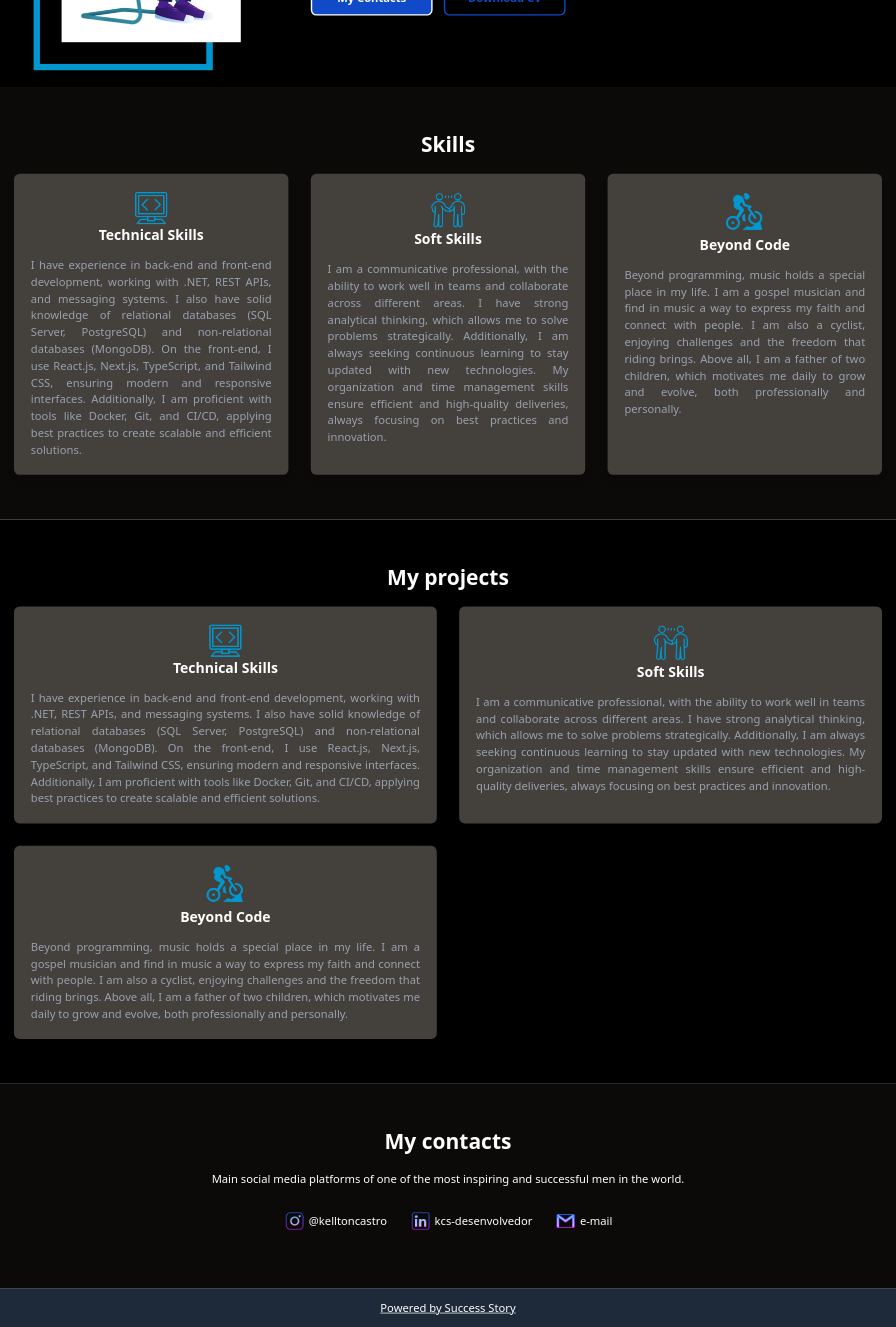
Repository: kcsdesenvolvedor/portfolio
Page: src/index.html
These files come from the project's save history. The page is drawn as it stood at one moment and after the next save; the edit follows.
The browser window is 1280 px wide. The pictures show the part of the page from y = 846 to 2766 px (the page is 2742 px tall before and 2766 px after), at 70% of full size.

Above is the page before, as saved 2025-02-22 10:22:51.
Console error: TypeError: Cannot read properties of null (reading 'textContent')

### src/index.html
<!DOCTYPE html>
<html lang="en">
<head>
    <meta charset="UTF-8">
    <meta name="viewport" content="width=device-width, initial-scale=1.0">
    <link rel="icon" href="./img/favicon.png" type="image/x-icon">
    <link href="./output.css" rel="stylesheet">
    <title>Mansour-Page</title>
    <style>
        .typing-container {
        font-family: 'Courier New', monospace;
        font-size: 24px;
        color: #333;
        white-space: nowrap;
        overflow: hidden;
        border-right: 2px solid black;
        display: inline-block;
        animation: blink-caret 0.7s step-end infinite;
        }

        #typing-text {
            height: 40px;
        }

        @keyframes blink-caret {
        from, to {
            border-color: transparent;
        }
        50% {
            border-color: black;
        }
        }


        @keyframes fadeIn {
            from {
                opacity: 0;
                transform: translateY(20px);
            }
            to {
                opacity: 1;
                transform: translateY(0);
            }
        }

        .fade-in {
            animation: fadeIn 1s ease-in-out;
        }
    </style>
</head>
<body class="bg-gray-100 font-sans">
    <header>
        <nav class="fixed top-0 z-50 w-full px-4 py-4 flex justify-between items-center bg-stone-950">
            <a class="text-3xl font-bold leading-none" href="#">
                <img class="w-16" src="./img/logo.png" alt="">
            </a>
            <div class="lg:hidden">
                <button class="navbar-burger flex items-center text-blue-600 p-3">
                    <svg class="block h-4 w-4 fill-current" viewBox="0 0 20 20" xmlns="http://www.w3.org/2000/svg">
                        <title>Mobile menu</title>
                        <path d="M0 3h20v2H0V3zm0 6h20v2H0V9zm0 6h20v2H0v-2z"></path>
                    </svg>
                </button>
            </div>
            <ul class="hidden absolute top-1/2 left-1/2 transform -translate-y-1/2 -translate-x-1/2 lg:mx-auto lg:flex lg:items-center lg:w-auto lg:space-x-20">
                <li><a class="text-sm text-blue-600/80 dark:text-sky-400/80 hover:text-white" href="#home">Home</a></li>
                <li><a class="text-sm text-blue-600/80 dark:text-sky-400/80 hover:text-white" href="#about">About Me</a></li>
                <li><a class="text-sm text-blue-600/80 dark:text-sky-400/80 hover:text-white" href="#achievements">Achievements</a></li>
                <li><a class="text-sm text-blue-600/80 dark:text-sky-400/80 hover:text-white" href="#contact">My Contacts</a></li>
            </ul>
        </nav>
        <div class="navbar-menu fixed top-0 z-50 w-full hidden">
            <div class="navbar-backdrop fixed inset-0 bg-gray-800 opacity-25"></div>
            <nav class="fixed top-0 left-0 bottom-0 flex flex-col w-5/6 max-w-sm py-6 px-6 bg-white border-r overflow-y-auto">
                <div class="flex items-center mb-8">
                    <a class="mr-auto text-3xl font-bold leading-none" href="#">
                        <img class="w-16" src="./img/logo.png" alt="">
                    </a>
                    <button class="navbar-close">
                        <svg class="h-6 w-6 text-gray-400 cursor-pointer hover:text-gray-500" xmlns="http://www.w3.org/2000/svg" fill="none" viewBox="0 0 24 24" stroke="currentColor">
                            <path stroke-linecap="round" stroke-linejoin="round" stroke-width="2" d="M6 18L18 6M6 6l12 12"></path>
                        </svg>
                    </button>
                </div>
                <div>
                    <ul>
                        <li class="mb-1">
                            <a class="navbar-itemMenu block p-4 text-sm font-semibold text-gray-400 hover:bg-blue-50 hover:text-blue-600 rounded" href="#home">Home</a>
                        </li>
                        <li class="mb-1">
                            <a class="navbar-itemMenu block p-4 text-sm font-semibold text-gray-400 hover:bg-blue-50 hover:text-blue-600 rounded" href="#about">About Me</a>
                        </li>
                        <li class="mb-1">
                            <a class="navbar-itemMenu block p-4 text-sm font-semibold text-gray-400 hover:bg-blue-50 hover:text-blue-600 rounded" href="#achievements">Achievements</a>
                        </li>
                        <li class="mb-1">
                            <a class="navbar-itemMenu block p-4 text-sm font-semibold text-gray-400 hover:bg-blue-50 hover:text-blue-600 rounded" href="#contact">My Contacts</a>
                        </li>
                        <li>
                            <div class="border-t-2">
                                <a class="navbar-itemMenu block p-4 text-sm font-semibold text-gray-400 hover:bg-blue-50 hover:text-blue-600 rounded" href="https://kcode2025.github.io/sucess-history" target="_blank">Success Story</a>
                            </div>
                        </li>
                    </ul>
                </div>
                <div class="mt-auto">

                    <a href="https://kcode2025.github.io/sucess-history" target="_blank">
                        <p class="my-4 text-xs text-center text-gray-400">
                            Powered by Success Story
                        </p>
                    </a>
                </div>
            </nav>
        </div>
    </header>


    <!-- Home Section -->
    <section id="home" class="flex flex-col-reverse lg:flex-row lg:justify-around justify-between bg-stone-950 text-white text-center pt-20 lg:pb-0 pb-5 px-10 fade-in">
        <!-- Div do texto -->
        <div class="self-center w-full flex items-center justify-center">
            <div class="flex flex-col lg:w-2/4"> <!-- Ajuste essa div para ocupar 100% da largura -->
                <p class="text-md text-left">
                    Hello!
                </p>
                <p class="text-3xl text-blue-600/80 dark:text-sky-400/80 text-left font-semibold">
                    I´m Kellton Castro
                </p>
                <p class="text-lg text-gray-400 text-left font-semibold mb-2">
                    Freelance developer & Web Designer
                </p>
                <p class="text-xs text-gray-400 text-left font-semibold mb-8">
                    Welcome to my portfolio! Here you will find some of the projects I have developed throughout my journey as a developer and freelancer.
                </p>
                <a href="#contact" class="bg-blue-600/80 dark:bg-sky-400/80 text-white font-bold w-2/4 py-3 px-6 border-2 rounded-lg shadow-lg hover:bg-black hover:text-blue-600/80 hover:dark:text-sky-400/80 hover:border-blue-600/80 hover:dark:border-sky-400/80 hover:border-2 transition delay-150 duration-300 ease-in-out">
                    My Contacts
                </a>
            </div>
        </div>

        <!-- Div da imagem -->
        <div class="flex justify-center lg:justify-end lg:w-2/4">
            <img class="min-w-2/4 object-contain" src="./img/perfil-portfolio2.png">
        </div>
    </section>

    <!-- Sobre -->
    <section id="about" class="flex flex-col lg:flex-row items-center justify-center space-y-10 lg:space-y-0 lg:space-x-20 py-16 bg-black border-r-gray-900 fade-in">
        <div class="relative flex justify-center">
            <!-- Moldura (posição de fundo) -->
            <img src="./img/moldura.png" class="w-3xs h-3xs absolute -left-5 top-5 lg:-left-10 lg:top-10" alt="moldura do perfil">

            <!-- Imagem de perfil (fica por cima) -->
            <img src="./img/perfil-portfolio1.png" class="w-3xs h-3xs relative z-10" alt="meu perfil">
        </div>
        <div class="px-5 w-full lg:w-3xl text-center lg:text-left">
            <h3 class="text-3xl text-white font-bold mb-2">About me</h3>
            <div class="w-20 h-0.5 bg-blue-600/80 dark:bg-sky-400/80 mb-3 mx-auto lg:mx-0"></div>
            <p class="text-gray-400 text-left w-full mb-8">
                I am a developer with 4 years of experience, working both in the corporate market and as a freelancer. Graduated in Systems Analysis and Development, I have experience in back-end and front-end development, contributing to the creation of efficient and scalable solutions. My approach involves continuous learning, always striving to keep up with new technologies and industry trends. I have a strong commitment to code quality, usability, and performance, ensuring that each delivered project adds value and innovation.
            </p>
            <div class="flex flex-col lg:flex-row w-full lg:w-2/4 gap-4">
                <a href="#contact" class="bg-blue-600/80 dark:bg-sky-400/80 text-center text-white font-bold w-full lg:w-2/4 py-3 px-6 border-2 rounded-lg shadow-lg hover:bg-black hover:text-blue-600/80 hover:dark:text-sky-400/80 hover:border-blue-600/80 hover:dark:border-sky-400/80 hover:border-2 transition delay-150 duration-300 ease-in-out">
                    My Contacts
                </a>
                <a href="#contact" class="bg-black text-center border-blue-600/80 dark:border-sky-400/80 text-blue-600/80 dark:text-sky-400/80 font-bold w-full lg:w-2/4 py-3 px-6 border-2 rounded-lg shadow-lg hover:text-white hover:border-white hover:border-2 transition delay-150 duration-300 ease-in-out">
                    Download CV
                </a>
            </div>
        </div>
    </section>



    <!-- Skills -->
    <section id="achievements" class="py-16 bg-stone-950 fade-in">
        <div class="container mx-auto text-center">
            <h3 class="text-3xl text-white font-bold mb-6">Skills</h3>
            <div class="px-5 grid grid-cols-1 md:grid-cols-3 gap-8">
                <div class="flex flex-col items-center bg-stone-700 p-6 rounded-lg shadow-lg transition delay-150 duration-300 transform hover:scale-105 hover:shadow-xl">
                    <img src="./img/hard-skills.png" alt="image hard skills">
                    <h4 class="text-xl text-white font-bold mb-4">Technical Skills</h4>
                    <p class="text-gray-400 text-justify">I have experience in back-end and front-end development, working with .NET, REST APIs, and messaging systems. I also have solid knowledge of relational databases (SQL Server, PostgreSQL) and non-relational databases (MongoDB). On the front-end, I use React.js, Next.js, TypeScript, and Tailwind CSS, ensuring modern and responsive interfaces. Additionally, I am proficient with tools like Docker, Git, and CI/CD, applying best practices to create scalable and efficient solutions.</p>
                </div>
                <div class="flex flex-col items-center bg-stone-700 p-6 rounded-lg shadow-lg transition delay-150 duration-300 transform hover:scale-105 hover:shadow-xl">
                    <img src="./img/soft-skills.png" class="h-14" alt="image soft skills">
                    <h4 class="text-xl text-white font-bold mb-4">Soft Skills</h4>
                    <p class="text-gray-400 text-justify">I am a communicative professional, with the ability to work well in teams and collaborate across different areas. I have strong analytical thinking, which allows me to solve problems strategically. Additionally, I am always seeking continuous learning to stay updated with new technologies. My organization and time management skills ensure efficient and high-quality deliveries, always focusing on best practices and innovation.</p>
                </div>
                <div class="flex flex-col items-center bg-stone-700 p-6 rounded-lg shadow-lg transition delay-150 duration-300 transform hover:scale-105 hover:shadow-xl">
                    <img src="./img/beyond-code.png" alt="imagem de beyond code">
                    <h4 class="text-xl text-white font-bold mb-4">Beyond Code</h4>
                    <p class="text-gray-400 text-justify">Beyond programming, music holds a special place in my life. I am a gospel musician and find in music a way to express my faith and connect with people. I am also a cyclist, enjoying challenges and the freedom that riding brings. Above all, I am a father of two children, which motivates me daily to grow and evolve, both professionally and personally.</p>
                </div>
            </div>
        </div>
    </section>

    <!-- Projetos -->
    <section id="achievements" class="py-16 bg-black fade-in">
        <div class="container mx-auto text-center">
            <h3 class="text-3xl text-white font-bold mb-6">My projects</h3>
            <div class="px-5 grid grid-cols-1 md:grid-cols-2 gap-8">
                <div class="flex flex-col items-center bg-stone-700 p-6 rounded-lg shadow-lg">
                    <img src="./img/hard-skills.png" alt="image hard skills">
                    <h4 class="text-xl text-white font-bold mb-4">Technical Skills</h4>
                    <p class="text-gray-400 text-justify">I have experience in back-end and front-end development, working with .NET, REST APIs, and messaging systems. I also have solid knowledge of relational databases (SQL Server, PostgreSQL) and non-relational databases (MongoDB). On the front-end, I use React.js, Next.js, TypeScript, and Tailwind CSS, ensuring modern and responsive interfaces. Additionally, I am proficient with tools like Docker, Git, and CI/CD, applying best practices to create scalable and efficient solutions.</p>
                </div>
                <div class="flex flex-col items-center bg-stone-700 p-6 rounded-lg shadow-lg">
                    <img src="./img/soft-skills.png" class="h-14" alt="image soft skills">
                    <h4 class="text-xl text-white font-bold mb-4">Soft Skills</h4>
                    <p class="text-gray-400 text-justify">I am a communicative professional, with the ability to work well in teams and collaborate across different areas. I have strong analytical thinking, which allows me to solve problems strategically. Additionally, I am always seeking continuous learning to stay updated with new technologies. My organization and time management skills ensure efficient and high-quality deliveries, always focusing on best practices and innovation.</p>
                </div>
                <div class="flex flex-col items-center bg-stone-700 p-6 rounded-lg shadow-lg">
                    <img src="./img/beyond-code.png" alt="imagem de beyond code">
                    <h4 class="text-xl text-white font-bold mb-4">Beyond Code</h4>
                    <p class="text-gray-400 text-justify">Beyond programming, music holds a special place in my life. I am a gospel musician and find in music a way to express my faith and connect with people. I am also a cyclist, enjoying challenges and the freedom that riding brings. Above all, I am a father of two children, which motivates me daily to grow and evolve, both professionally and personally.</p>
                </div>
            </div>
        </div>
    </section>

    <!-- Contato -->
    <section id="contact" class="py-16 bg-stone-950 text-white text-center fade-in">
        <div class="container mx-auto px-2">
            <h3 class="text-3xl font-bold mb-6">My contacts</h3>
            <p class="mb-8">Main social media platforms of one of the most inspiring and successful men in the world.</p>
            <form class="max-w-lg mx-auto">
                <div class="flex flex-col justify-center lg:flex-row mb-4 gap-8">
                    <a href="https://www.cityfootballgroup.com/" target="_blank">
                        <div class="flex gap-1 items-center">
                            <img class="h-8 w-8" src="./img/instagram.png" alt="imagem do instagram">
                            <p class="text-1xl">@kelltoncastro</p>
                        </div>
                    </a>
                    <a href="https://x.com/HHmansour" target="_blank">
                        <div class="flex gap-1 items-center">
                            <img class="h-8 w-8" src="./img/linkedin.png" alt="imagem do linkedin">
                            <p class="text-1xl">kcs-desenvolvedor</p>
                        </div>
                    </a>
                    <a href="https://x.com/HHmansour" target="_blank">
                        <div class="flex gap-1 items-center">
                            <img class="h-8 w-8" src="./img/gmail.png" alt="imagem do gmail">
                            <p class="text-1xl">e-mail</p>
                        </div>
                    </a>
                </div>
            </form>
        </div>
    </section>

    <!-- Footer -->
    <footer class="bg-gray-800 text-white text-center py-4">
        <a class="cursor-pointer" href="https://kcode2025.github.io/sucess-history" target="_blank"><p class="underline">Powered by Success Story</p></a>
    </footer>

    <!-- Script -->
    <script>
        // Burger menus
        document.addEventListener('DOMContentLoaded', function() {
            // open
            const burger = document.querySelectorAll('.navbar-burger');
            const menu = document.querySelectorAll('.navbar-menu');

            if (burger.length && menu.length) {
                for (var i = 0; i < burger.length; i++) {
                    burger[i].addEventListener('click', function() {
                        for (var j = 0; j < menu.length; j++) {
                            menu[j].classList.toggle('hidden');
                        }
                    });
                }
            }

            // close
            const close = document.querySelectorAll('.navbar-close');
            const backdrop = document.querySelectorAll('.navbar-backdrop');
            const itemMenu = document.querySelectorAll('.navbar-itemMenu');

            if (close.length) {
                for (var i = 0; i < close.length; i++) {
                    close[i].addEventListener('click', function() {
                        for (var j = 0; j < menu.length; j++) {
                            menu[j].classList.toggle('hidden');
                        }
                    });
                }
            }

            if (backdrop.length) {
                for (var i = 0; i < backdrop.length; i++) {
                    backdrop[i].addEventListener('click', function() {
                        for (var j = 0; j < menu.length; j++) {
                            menu[j].classList.toggle('hidden');
                        }
                    });
                }
            }

            if (itemMenu.length) {
                for (var i = 0; i < itemMenu.length; i++) {
                    itemMenu[i].addEventListener('click', function() {
                        for (var j = 0; j < menu.length; j++) {
                            menu[j].classList.toggle('hidden');
                        }
                    });
                }
            }
        });

        // animação de digitação

        const texts = [
        "Visionary Leader",
        "Sports Enthusiast",
        "City Football Group Owner",
        "Innovative Investor",
        "Philanthropist",
        "Economic Pioneer",
        "Influential Figure",
        "Strategic Thinker",
        "Cultural Advocate",
        "Inspiring Icon"
        ];

        let currentTextIndex = 0;
        let charIndex = 0;
        const typingSpeed = 100; // Velocidade de digitação (ms por caractere)
        const erasingSpeed = 50; // Velocidade de apagar
        const delayBetweenTexts = 2000; // Tempo antes de trocar para o próximo texto

        const typingElement = document.getElementById("typing-text");

        function typeText() {
        if (charIndex < texts[currentTextIndex].length) {
            typingElement.textContent += texts[currentTextIndex].charAt(charIndex);
            charIndex++;
            setTimeout(typeText, typingSpeed);
        } else {
            setTimeout(eraseText, delayBetweenTexts);
        }
        }

        function eraseText() {
        if (charIndex > 0) {
            typingElement.textContent = texts[currentTextIndex].substring(0, charIndex - 1);
            charIndex--;
            setTimeout(eraseText, erasingSpeed);
        } else {
            currentTextIndex = (currentTextIndex + 1) % texts.length;
            setTimeout(typeText, typingSpeed);
        }
        }

        // Começar a animação
        document.addEventListener("DOMContentLoaded", () => {
        setTimeout(typeText, delayBetweenTexts);
        });

        </script>
</body>
</html>

Loaded but not shown: src/output.css (3548 lines, source omitted)

After the next save:
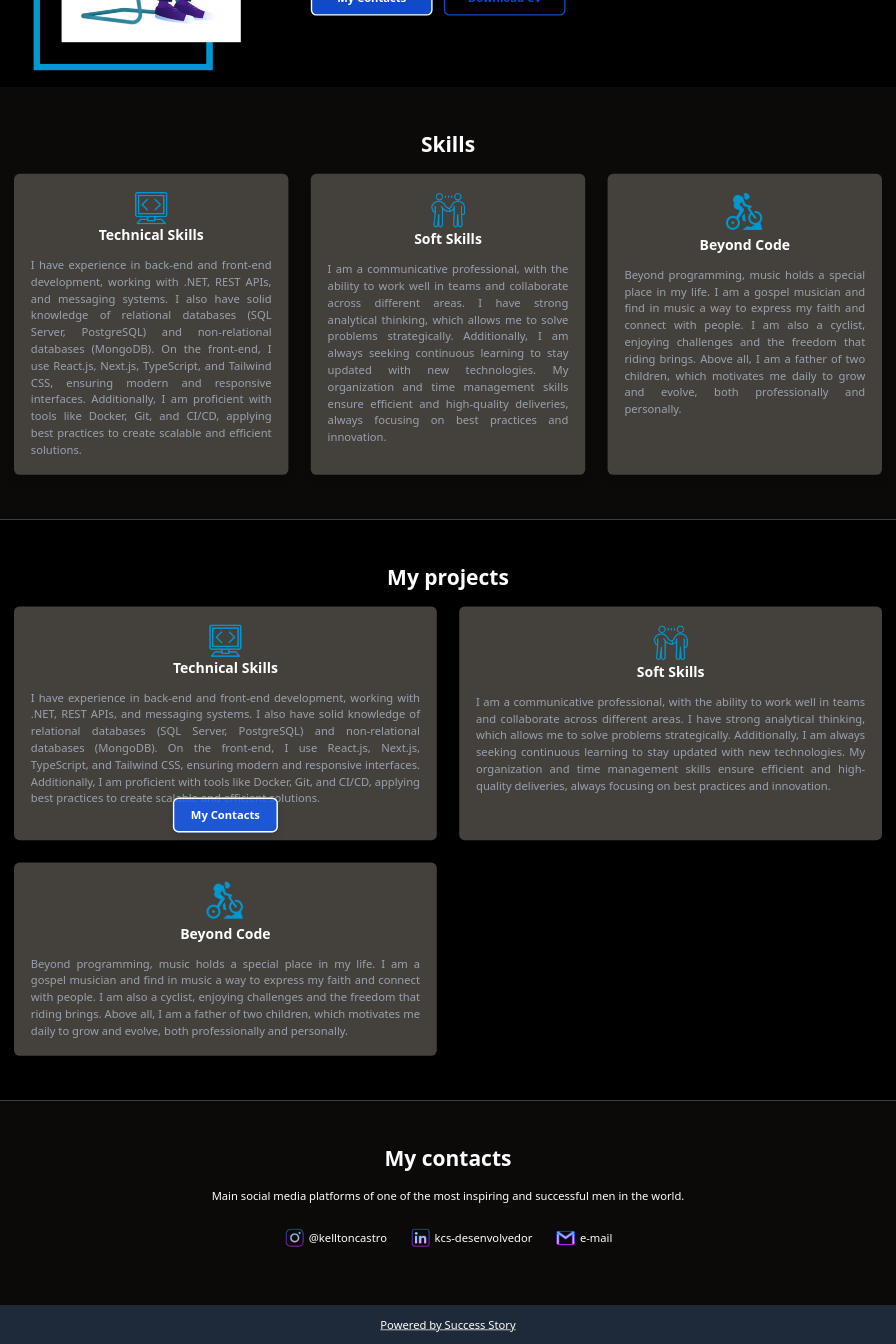
Saved 69 s later.
--- a/src/index.html
+++ b/src/index.html
@@ -206,6 +206,11 @@
                     <img src="./img/hard-skills.png" alt="image hard skills">
                     <h4 class="text-xl text-white font-bold mb-4">Technical Skills</h4>
                     <p class="text-gray-400 text-justify">I have experience in back-end and front-end development, working with .NET, REST APIs, and messaging systems. I also have solid knowledge of relational databases (SQL Server, PostgreSQL) and non-relational databases (MongoDB). On the front-end, I use React.js, Next.js, TypeScript, and Tailwind CSS, ensuring modern and responsive interfaces. Additionally, I am proficient with tools like Docker, Git, and CI/CD, applying best practices to create scalable and efficient solutions.</p>
+                    <div>
+                        <a href="#contact" class="bg-blue-600/80 dark:bg-sky-400/80 text-center text-white font-bold w-full lg:w-2/4 py-3 px-6 border-2 rounded-lg shadow-lg hover:bg-black hover:text-blue-600/80 hover:dark:text-sky-400/80 hover:border-blue-600/80 hover:dark:border-sky-400/80 hover:border-2 transition delay-150 duration-300 ease-in-out">
+                            My Contacts
+                        </a>
+                    </div>
                 </div>
                 <div class="flex flex-col items-center bg-stone-700 p-6 rounded-lg shadow-lg">
                     <img src="./img/soft-skills.png" class="h-14" alt="image soft skills">
